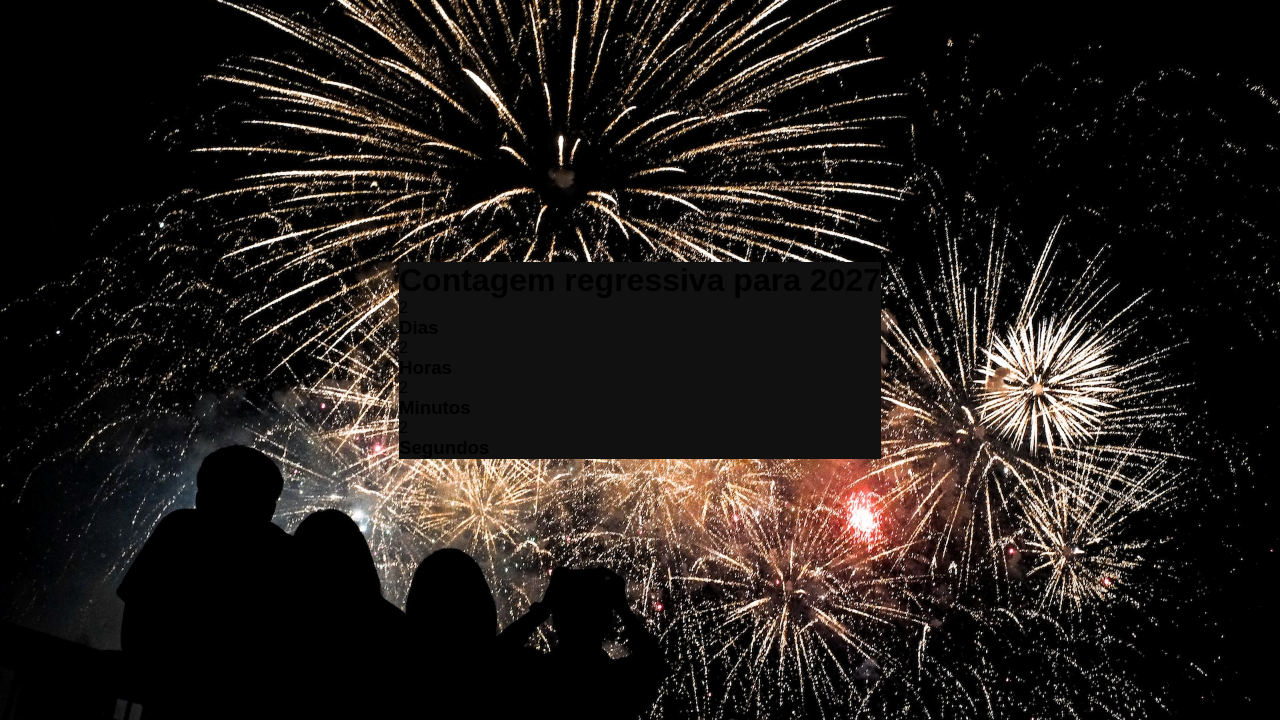
Repository: Bitroia/countdown_timer
Page: / (app in countdown/)
The author's editor kept a copy of each file at every save. The page is drawn from the files as they stood at one save, then again after a run of saves.
The browser window is 1280 px wide. The pictures show the whole page.
The project was rebuilt for these pictures with package versions that can differ from the ones it lists, and the page was loaded fresh each time. Also part of the build but not shown: countdown/vite.config.js.

Above is the page before, as saved 2026-07-07 18:53:13.

### countdown/index.html
<!doctype html>
<html lang="en">
  <head>
    <meta charset="UTF-8" />
    <link rel="icon" type="image/svg+xml" href="/favicon.svg" />
    <meta name="viewport" content="width=device-width, initial-scale=1.0" />
    <title>countdown</title>
  </head>
  <body>
    <div id="root"></div>
    <script type="module" src="/src/main.jsx"></script>
  </body>
</html>

### countdown/src/index.css
* {
  margin: 0;
  padding: 0;
  font-family: Arial, Helvetica, sans-serif;
  background-color: #111;
}

body {
  min-height: 100vh;
}

### countdown/src/App.jsx
import "./App.css";
import Title from "./components/Title";
import Counter from "./components/Counter";
import NewYear from "./assets/newyear.jpg";

function App() {
  return (

    <div className="app" style={{ backgroundImage: `url(${NewYear})` }}>
      <div className="container">
        <Title title="Contagem regressiva para 2027" />
        <div className="countdown-container">
          <Counter title="Dias" number={2} />
          <Counter title="Horas" number={2} />
          <Counter title="Minutos" number={2} />
          <Counter title="Segundos" number={2} />
        </div>
      </div>
    </div>
  );
}

export default App;

### countdown/src/App.css
.app {
  width: 100%;
  height: 100vh;
  background-size: cover;
  background-position: center;
  background-repeat: no-repeat;

  display: flex;
  justify-content: center;
  align-items: center;
}

### countdown/src/components/Title.jsx
import React from 'react'

const Title = ({title}) => {
  return (
    <h1>{title}</h1>
  )
}

export default Title

### countdown/src/components/Counter.jsx
import React from "react";

const Counter = ({ title, number }) => {
  return (
    <div className="counter">
      <p className="counter-number">{number}</p>
      <h3 className="counter-text">{title}</h3>
    </div>
  );
};

export default Counter;

Loaded but not shown: countdown/src/main.jsx (common file)

After the next 2 saves:
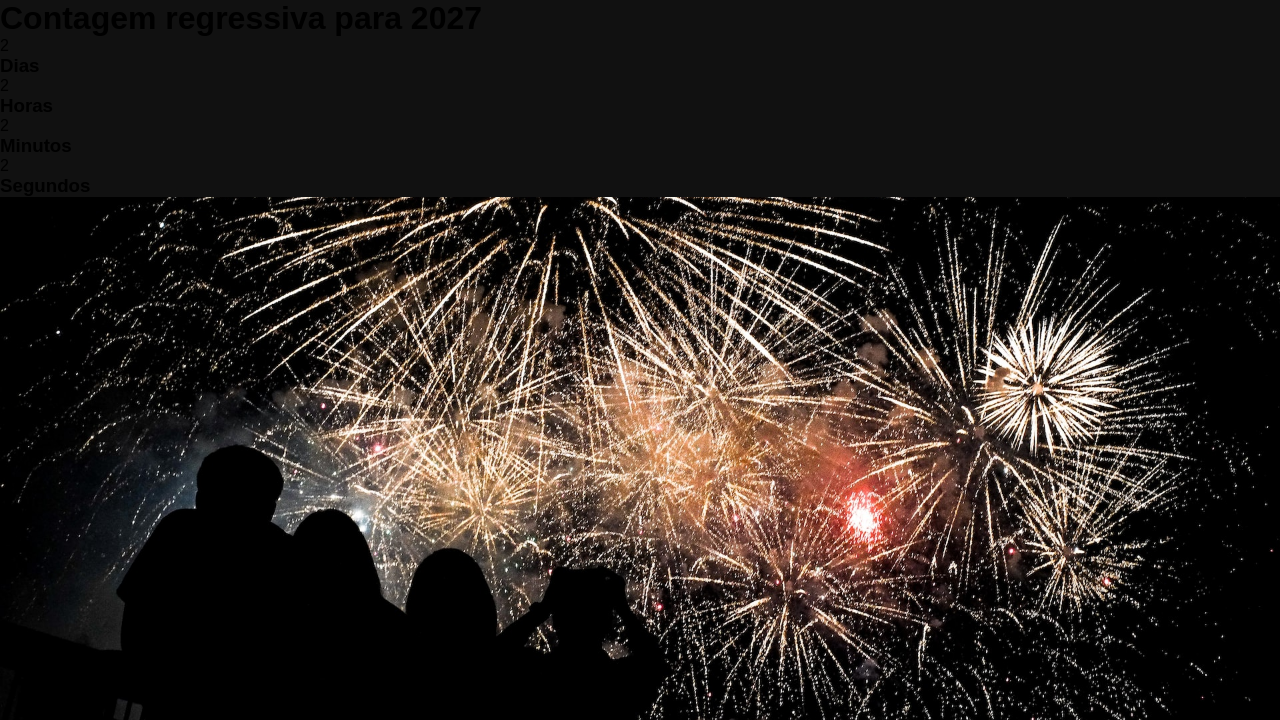
The 2 saves are shown as one change because they came seconds apart.
The last was saved 10 min 10 s later.
--- a/countdown/src/App.css
+++ b/countdown/src/App.css
@@ -4,8 +4,4 @@
   background-size: cover;
   background-position: center;
   background-repeat: no-repeat;
-
-  display: flex;
-  justify-content: center;
-  align-items: center;
 }
